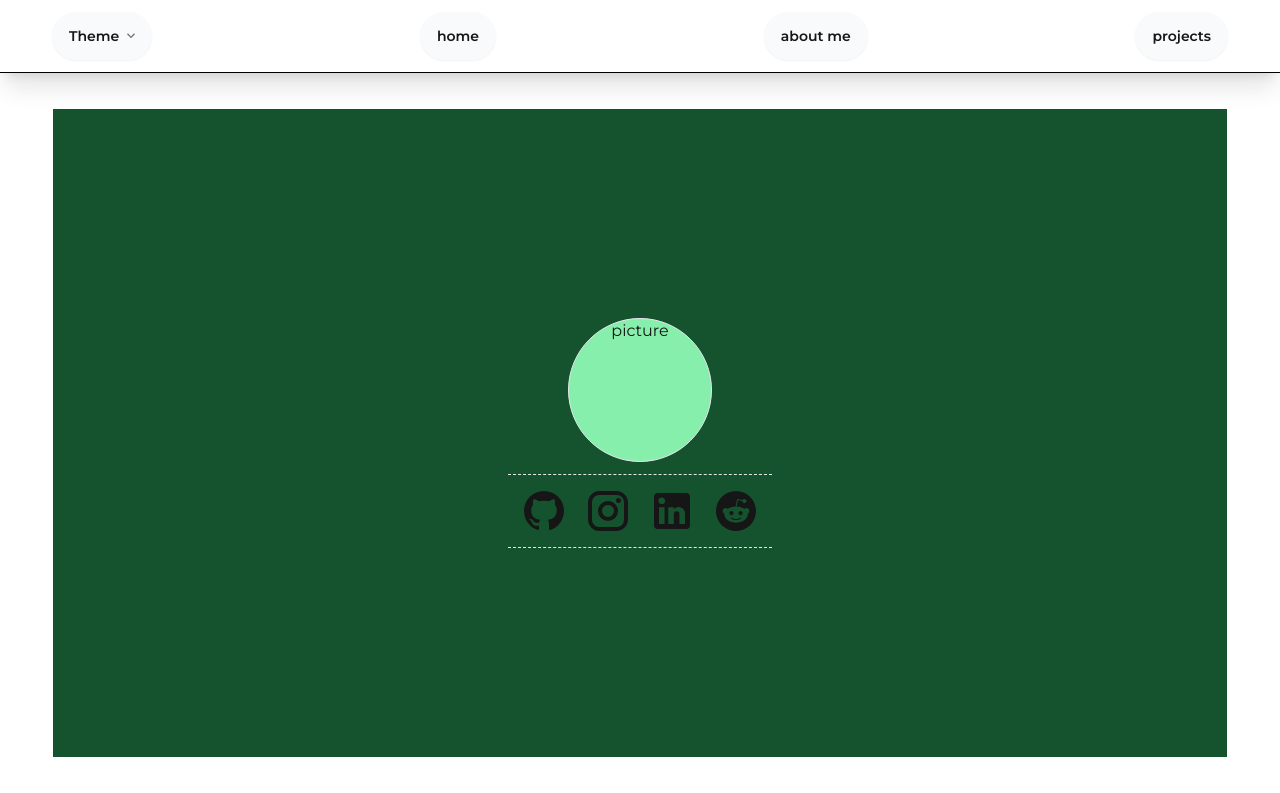
Repository: Yakyaz/myWebsite
Page: /home
These files come from the project's save history. The page is drawn as it stood at one moment and after the next save; the edit follows.
The browser window is 1280 px wide. The pictures show the whole page.
The project was rebuilt for these pictures with package versions that can differ from the ones it lists, and the page was loaded fresh each time. The framework's server and built-in components were replaced by stand-ins that run in the browser. Also part of the build but not shown: next.config.js.

Above is the page before, as saved 2023-12-02 22:52:00.

### app/layout.tsx
import type { Metadata } from "next";
import { Montserrat } from "next/font/google";
import "./globals.css";
import Navbar from "./components/navbar";

const montserrat = Montserrat({ subsets: ["latin"] });

export const metadata: Metadata = {
  title: "Create Next App",
  description: "Generated by create next app",
};

export default function RootLayout({
  children,
}: {
  children: React.ReactNode;
}) {
  return (
    <html lang="en" data-theme="pastel" style={{ overflow: "hidden" }}>
      <body className={montserrat.className} style={{ overflow: "hidden" }}>
        <Navbar />
        <div>{children}</div>
      </body>
    </html>
  );
}

### app/home/page.tsx
import Link from "next/link";
import Navbar from "../components/navbar";
import Icon from "@mdi/react";
import { mdiGithub, mdiInstagram, mdiLinkedin, mdiReddit } from "@mdi/js";
function Home() {
  return (
    <main className="w-screen h-screen flex items-center justify-center ">
      <div
        className="bg-green-900 w-11/12 flex justify-center items-center "
        style={{ height: "90%" }}
      >
        <div className="flex flex-col justify-center items-center">
          <div className="border rounded-full mb-3 bg-green-300 h-36 w-36 text-center">
            picture
          </div>
          <div className="flex flex-row space-x-4 border border-x-0 border-dashed p-3">
            <a href="https://github.com/It3chii ">
              <Icon path={mdiGithub} size={2} />
            </a>
            <a href="https://www.instagram.com/yakupwrld_/">
              <Icon path={mdiInstagram} size={2} />
            </a>
            <a href="https://www.linkedin.com/in/yakup-yazir-aa9a61247/">
              <Icon path={mdiLinkedin} size={2} />
            </a>
            <a href="https://www.reddit.com/user/It3chii">
              <Icon path={mdiReddit} size={2} />
            </a>
          </div>
        </div>
      </div>
    </main>
  );
}

export default Home;

### app/components/navbar.tsx
import Link from "next/link";
import React from "react";
import Toggle from "./toggle";

const Navbar = () => {
  return (
    <ul className="flex flex-row justify-between items-center p-2 pr-12 pl-12 border-b border-black shadow-xl">
      <li>
        <Toggle />
      </li>
      <li>
        <Link className="btn m-1  " href="/home">
          home
        </Link>
      </li>
      <li>
        <Link className="btn m-1" href="/about">
          about me
        </Link>
      </li>
      <li>
        <Link className="btn m-1" href="/projects">
          projects
        </Link>
      </li>
    </ul>
  );
};

export default Navbar;

### app/components/toggle.tsx
import React from "react";

const Toggle = () => {
  return (
    <div className="dropdown ">
      <div tabIndex={0} role="button" className="btn m-1">
        Theme
        <svg
          width="12px"
          height="12px"
          className="h-2 w-2 fill-current opacity-60 inline-block"
          xmlns="http://www.w3.org/2000/svg"
          viewBox="0 0 2048 2048"
        >
          <path d="M1799 349l242 241-1017 1017L7 590l242-241 775 775 775-775z"></path>
        </svg>
      </div>
      <ul
        tabIndex={0}
        className="dropdown-content z-[1] p-2 shadow-2xl bg-base-300 rounded-box w-52"
      >
        <li>
          <input
            type="radio"
            name="theme-dropdown"
            className="theme-controller btn btn-sm btn-block btn-ghost justify-start"
            aria-label="Default"
            value="default"
          />
        </li>
        <li>
          <input
            type="radio"
            name="theme-dropdown"
            className="theme-controller btn btn-sm btn-block btn-ghost justify-start"
            aria-label="Retro"
            value="retro"
          />
        </li>
        <li>
          <input
            type="radio"
            name="theme-dropdown"
            className="theme-controller btn btn-sm btn-block btn-ghost justify-start"
            aria-label="Cyberpunk"
            value="cyberpunk"
          />
        </li>
        <li>
          <input
            type="radio"
            name="theme-dropdown"
            className="theme-controller btn btn-sm btn-block btn-ghost justify-start"
            aria-label="Dracula"
            value="dracula"
          />
        </li>
        <li>
          <input
            type="radio"
            name="theme-dropdown"
            className="theme-controller btn btn-sm btn-block btn-ghost justify-start"
            aria-label="Aqua"
            value="aqua"
          />
        </li>
      </ul>
    </div>
  );
};

export default Toggle;

### tailwind.config.ts
import type { Config } from "tailwindcss";

const config: Config = {
  content: [
    "./pages/**/*.{js,ts,jsx,tsx,mdx}",
    "./components/**/*.{js,ts,jsx,tsx,mdx}",
    "./app/**/*.{js,ts,jsx,tsx,mdx}",
  ],
  theme: {
    extend: {
      backgroundImage: {
        "gradient-radial": "radial-gradient(var(--tw-gradient-stops))",
        "gradient-conic":
          "conic-gradient(from 180deg at 50% 50%, var(--tw-gradient-stops))",
      },
    },
  },
  plugins: [require("daisyui")],
  daisyui: {
    themes: ["pastel", "retro", "cyberpunk", "dracula", "aqua"],
  },
};
export default config;

Loaded but not shown: app/globals.css (common file)

After the next save:
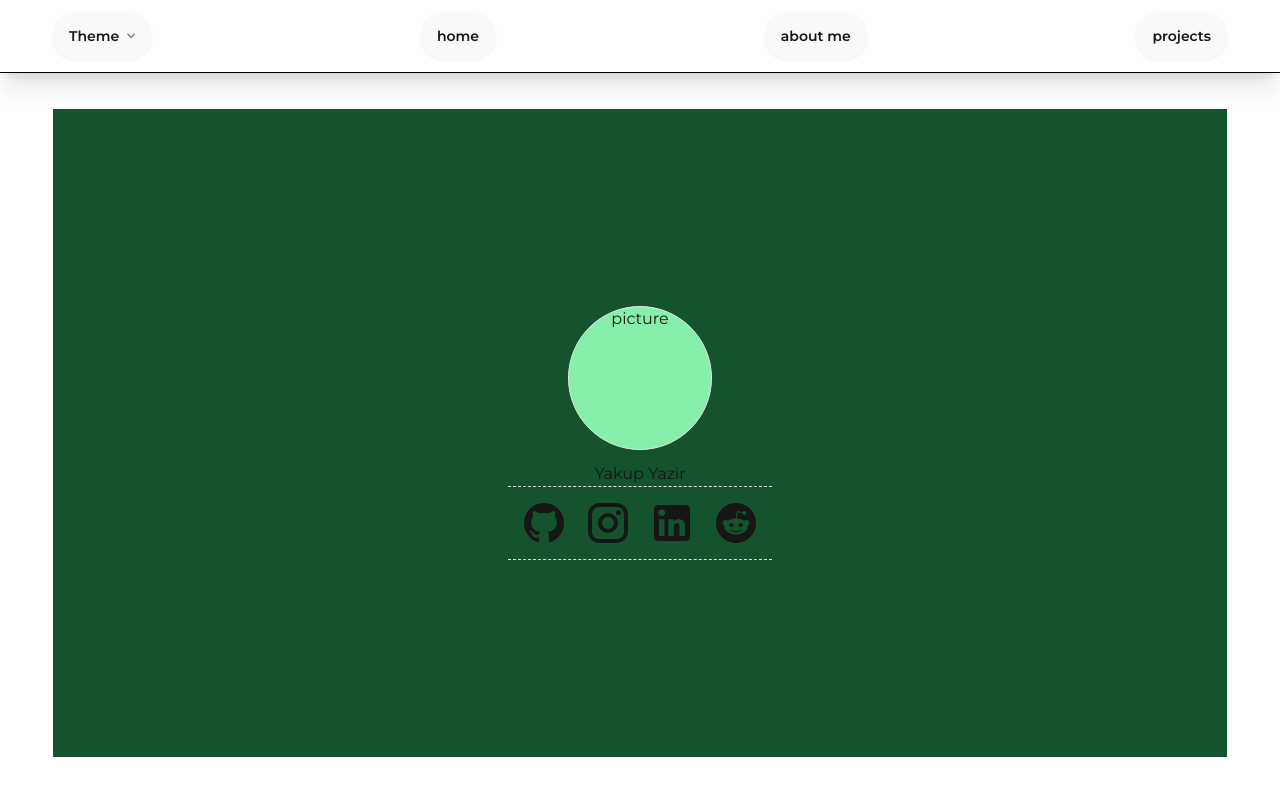
Saved 28 s later.
--- a/app/home/page.tsx
+++ b/app/home/page.tsx
@@ -12,6 +12,9 @@ function Home() {
         <div className="flex flex-col justify-center items-center">
           <div className="border rounded-full mb-3 bg-green-300 h-36 w-36 text-center">
             picture
+          </div>
+          <div>
+            <h1>Yakup Yazir</h1>
           </div>
           <div className="flex flex-row space-x-4 border border-x-0 border-dashed p-3">
             <a href="https://github.com/It3chii ">
